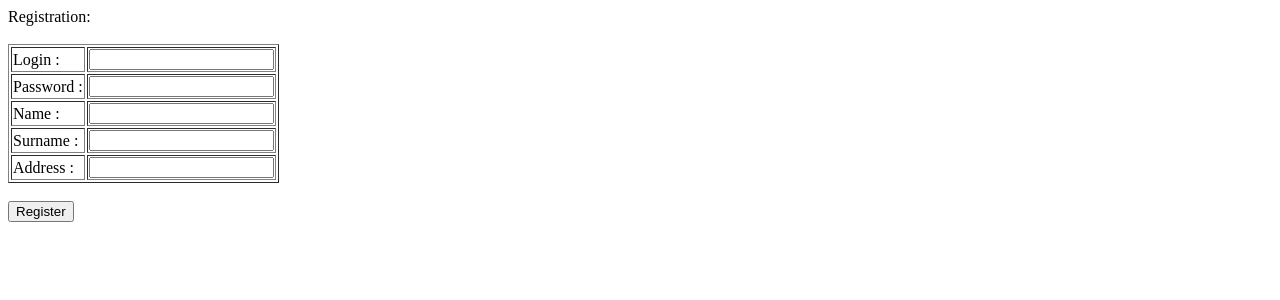
Repository: zlenyk/wrzucak
Page: Shop/WebContent/addTraining.html
These files come from the project's save history. The page is drawn as it stood at one moment and after the next save; the edit follows.
The browser window is 1280 px wide. The pictures show the whole page.

Above is the page before, as saved 2013-09-23 15:47:36.

### Shop/WebContent/addTraining.html
<!DOCTYPE html>
<html>
<head>
<meta charset="UTF-8">
<title>Insert title here</title>
</head>
<body>
<body>
  <form method="POST" action="http://localhost:8080/Shop/Registration">
    Registration:<br /><br />
    <table border = 1>
    	<tr>
    		<td>Login :</td> <td><input type="text" name="login" /></td>
    	</tr>
    	<tr>
    		<td>Password :</td> <td><input type="password" name="password" /></td>
    	</tr>
    	<tr>
    		<td>Name :</td> <td><input type="text" name="name" /></td>
    	</tr>
    	<tr>
    		<td>Surname :</td> <td><input type="text" name="surname" /></td>
    	</tr>
    	<tr>
    		<td>Address :</td> <td><input type="text" name="address" /></td>
    	</tr>
    </table>
    <br />
    <input type="hidden" name ="action" value = "login" />
    <input type="submit" value="Register" />
  </form>
</body>
</body>
</html>

After the next save:
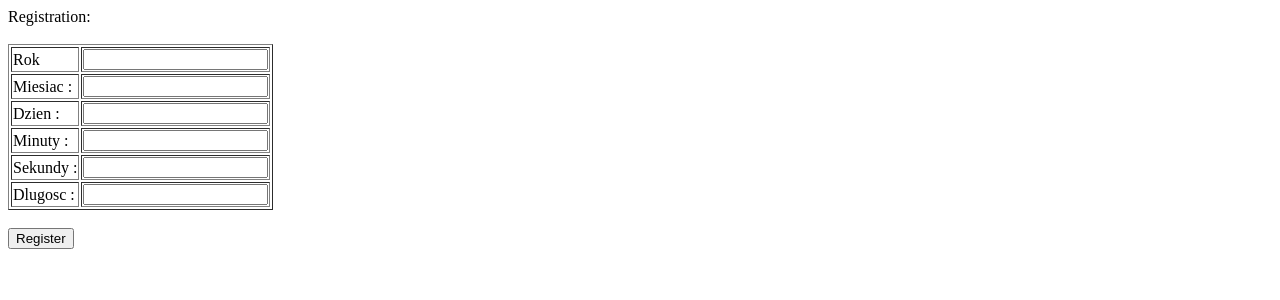
Saved 5 min 36 s later.
--- a/Shop/WebContent/addTraining.html
+++ b/Shop/WebContent/addTraining.html
@@ -10,19 +10,22 @@
     Registration:<br /><br />
     <table border = 1>
     	<tr>
-    		<td>Login :</td> <td><input type="text" name="login" /></td>
+    		<td>Rok</td> <td><input type="text" name="year" /></td>
     	</tr>
     	<tr>
-    		<td>Password :</td> <td><input type="password" name="password" /></td>
+    		<td>Miesiac :</td> <td><input type="text" name="month" /></td>
     	</tr>
     	<tr>
-    		<td>Name :</td> <td><input type="text" name="name" /></td>
+    		<td>Dzien :</td> <td><input type="text" name="day" /></td>
     	</tr>
     	<tr>
-    		<td>Surname :</td> <td><input type="text" name="surname" /></td>
+    		<td>Minuty :</td> <td><input type="text" name="minutes" /></td>
     	</tr>
     	<tr>
-    		<td>Address :</td> <td><input type="text" name="address" /></td>
+    		<td>Sekundy :</td> <td><input type="text" name="seconds" /></td>
+    	</tr>
+    	<tr>
+    		<td>Dlugosc :</td> <td><input type="text" name="length" /></td>
     	</tr>
     </table>
     <br />
